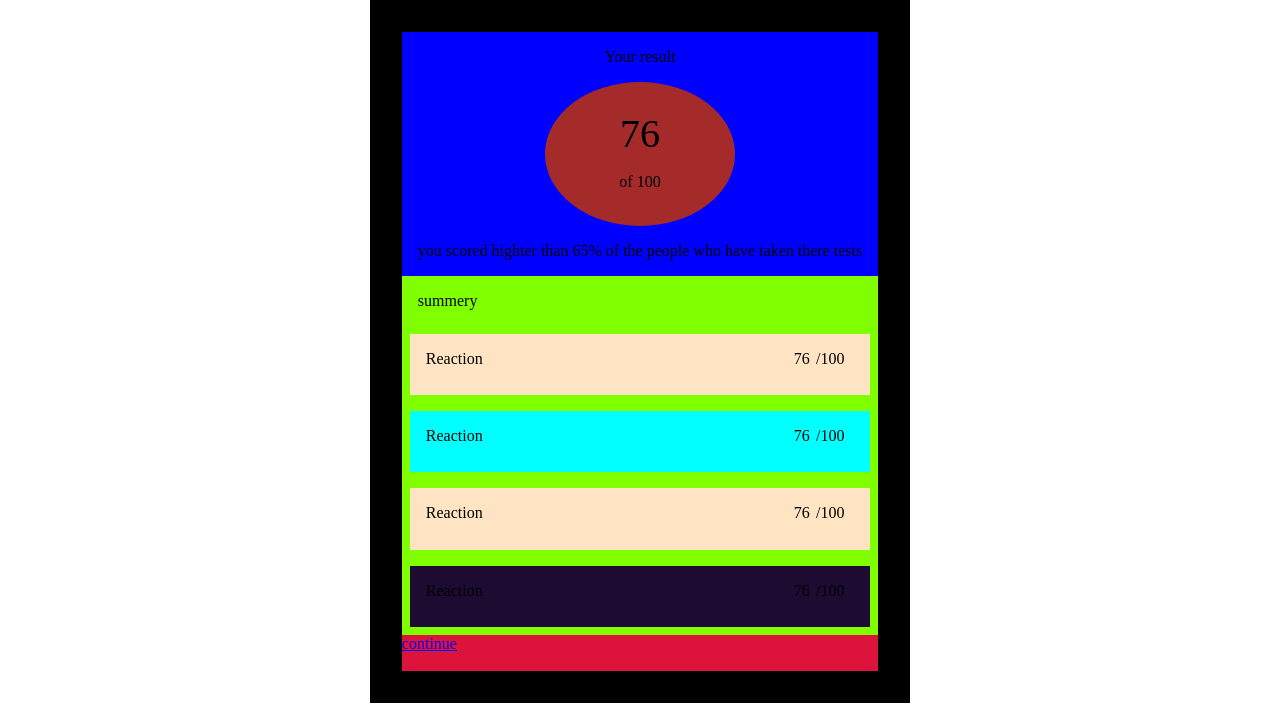
Repository: rahanwz/Card2-raha
Page: card2.html
The author's editor kept a copy of each file at every save. The page is drawn from the files as they stood at one save, then again after the next save.
The browser window is 1280 px wide. The pictures show the whole page.

Above is the page before, as saved 2024-02-20 16:50:20.

### card2.html
<!DOCTYPE html>
<html lang="en">
  <head>
    <meta charset="UTF-8" />
    <meta name="viewport" content="width=device-width, initial-scale=1.0" />
    <title>Document</title>
    <link rel="stylesheet" href="card2.css" />
  </head>
  <body>
    <div class="container">
      <div class="card_container">
        <div class="top_card">
          <p>Your result</p>
          <div class="present">
            <p>76</p>
            <p>of 100</p>
          </div>
          <p class="describ">
            you scored highter than 65% of the people who have taken there tests
          </p>
        </div>
        <div class="bottom_card">
          <p>summery</p>
          <div class="box box1">
            <p>Reaction</p>
            <div class="number">
              <p>
                <span style="width: 50%; padding: 1rem; margin-top: -1rem"
                  >76</span
                ><span>/</span>100
              </p>
            </div>
          </div>
          <div class="box box2">
            <p>Reaction</p>
            <div class="number">
              <p>
                <span style="width: 50%; padding: 1rem; margin-top: -1rem"
                  >76</span
                ><span>/</span>100
              </p>
            </div>
          </div>

          <div class="box box1">
            <p>Reaction</p>
            <div class="number">
              <p>
                <span style="width: 50%; padding: 1rem; margin-top: -1rem"
                  >76</span
                ><span>/</span>100
              </p>
            </div>
          </div>
          <div class="box box3">
            <p>Reaction</p>
            <div class="number">
              <p>
                <span style="width: 50%; padding: 1rem; margin-top: -1rem"
                  >76</span
                ><span>/</span>100
              </p>
            </div>
          </div>
        </div>
        <div class="box5">
        <a href="#">continue</a>
        </div>
      </div>
    </div>
  </body>
</html>

### card2.css
* {
  padding: 0;
  margin: 0;
  box-sizing: border-box;
}
body {
  display: flex;
  justify-content: center;
}
.container {
  background-color: black;
  padding: 2rem;
}
.card_container {
  background-color: aquamarine;
}
.card_container {
  text-align: center;
}

.top_card :first-child {
  padding: 1rem;
}
.present :first-child {
  font-size: 2.5rem;
  padding-top: 1.75rem;
}

.present {
  background-color: #f57d1f;
  height: 20vh;
  width: 40%;
  border-radius: 100%;
  background-color: brown;
  margin: auto;
}

.describ {
  padding: 1rem;
}

.top_card {
  background-color: blue;
}

.bottom_card :first-child {
  padding:1rem 1rem;
  display: flex;
}

.bottom_card {
  background-color: chartreuse;
}

.bottom_card .box {
  display: flex;
  padding: 0.5rem;
}

.box1 p {
  background-color: bisque;
  width: 100%;
  height: 8.5vh;
}

.box2 p {
  background-color: cyan;
  width: 100%;
  height: 8.5vh;
}
.box3 p {
  background-color: rgb(30, 11, 50);
  width: 100%;
  height: 8.5vh;
}
.box4 p {
  background-color: rgb(255, 70, 2);
  width: 100%;
  height: 8.5vh;
}

.number {
  display: flex;
}


a{
  width:100%;
height:5vh;
 display: flex;
 margin:1;
background-color: crimson;
}

.box{


}

After the next save:
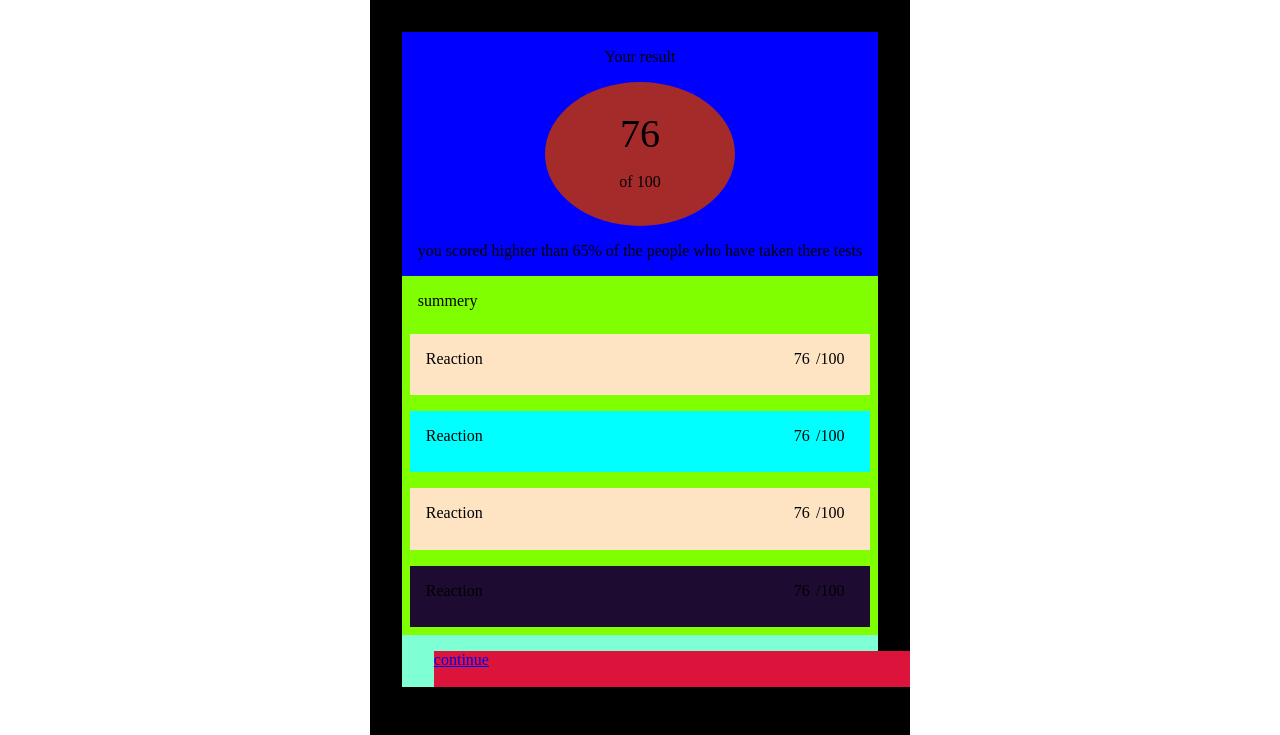
Saved 5 s later.
--- a/card2.css
+++ b/card2.css
@@ -88,7 +88,7 @@ a{
   width:100%;
 height:5vh;
  display: flex;
- margin:1;
+ margin:1rem 2rem;
 background-color: crimson;
 }
 
